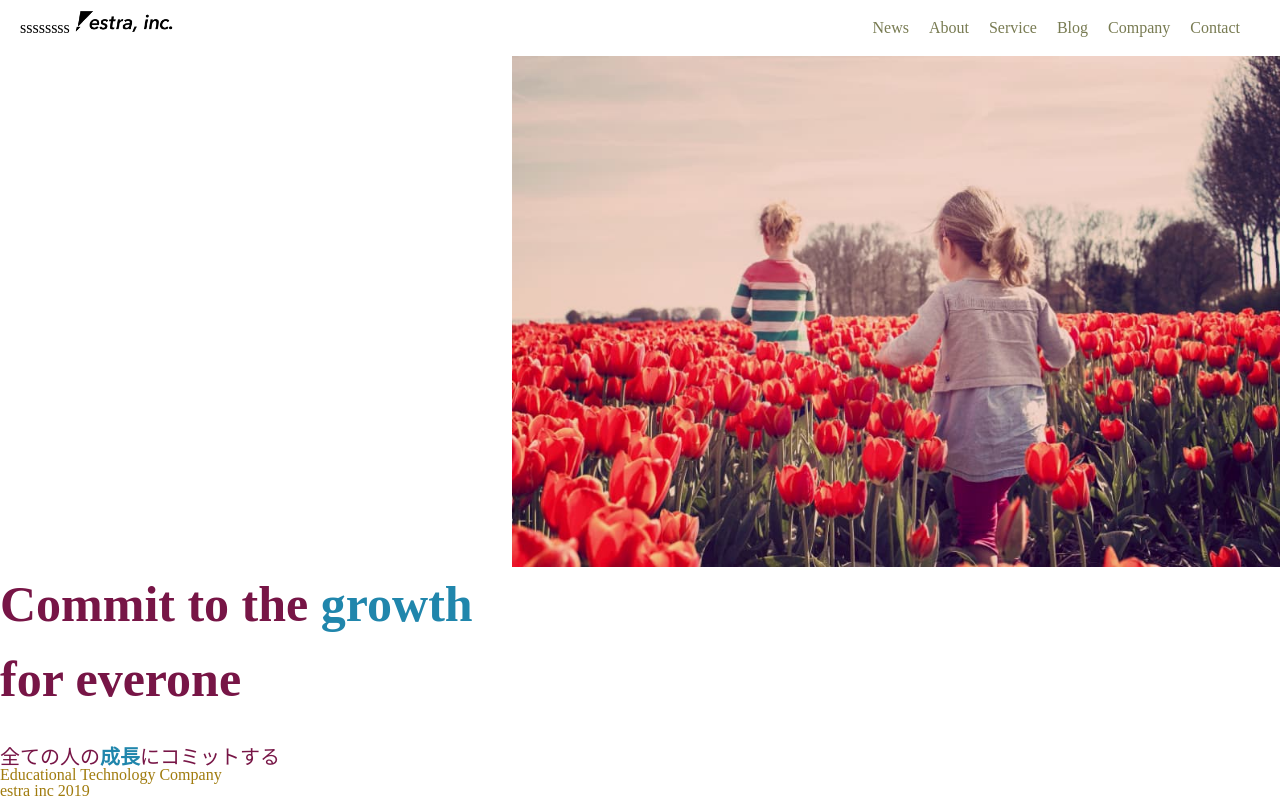
Repository: masanarimiura/20220504miura
Page: index.html
The author's editor kept a copy of each file at every save. The page is drawn from the files as they stood at one save, then again after a run of saves.
The browser window is 1280 px wide. The pictures show the whole page.
Some web fonts or font styles are not loaded; a fallback is used.

Above is the page before, as saved 2022-05-04 18:31:51.

### index.html
<!DOCTYPE html>
<html lang="ja">

<head>
  <meta charset="UTF-8">
  <meta http-equiv="X-UA-Compatible" content="IE=edge">
  <meta name="viewport" content="width=device-width, initial-scale=1.0">
  <title>20220504miura</title>
  <link rel="stylesheet" href="css/reset.css">
  <link rel="stylesheet" href="css/style.css">
  <link rel="preconnect" href="https://fonts.googleapis.com">
  <link rel="preconnect" href="https://fonts.gstatic.com" crossorigin>
  <link href="https://fonts.googleapis.com/css2?family=Gochi+Hand&display=swap" rel="stylesheet">
</head>
<header class="header">
  <div class="header-inner">
    <div class="header-logo">
      <a href="">ssssssss
        <img src="img/estra_logo.png" alt="">
      </a>
    </div>
    <nav class="header-nav">
      <ul class="header-nav-list">
        <li class="header-nav-item"><a href="" class="header-nav-link">
            News
          </a></li>
        <li class="header-nav-item"><a href="" class="header-nav-link">
            About
          </a></li>
        <li class="header-nav-item"><a href="" class="header-nav-link">
            Service
          </a></li>
        <li class="header-nav-item"><a href="" class="header-nav-link">
            Blog
          </a></li>
        <li class="header-nav-item"><a href="" class="header-nav-link">
            Company
          </a></li>
        <li class="header-nav-item"><a href="" class="header-nav-link">
            Contact
          </a></li>
      </ul>
    </nav>
  </div>
</header>
<div class="firstview">
  <img src="img/firstview.jpg" alt="">
  <h2 class="firstview-ttl">
    Commit to the <span class="firstview-text-emphasis">growth</span> <br>for everone
  </h2>
  <div class="firstview">
    <p class="firstview-text">
      全ての人の<span class="firstview-text-emphasis">成長</span>にコミットする
    </p>
    <p class="firstview-en">
      Educational Technology Company <br>estra inc 2019
    </p>
  </div>
</div>

<body>

</body>

</html>

### css/style.css
a {
  text-decoration: none;
  color: inherit;
}
.header {
  width: 100%;
}
.header-inner {
  display: flex;
  justify-content: space-between;
  margin: 10px 20px;
}
.header img {
  width: 100px;
}
.header-nav {
  margin: 10px 20px;
}
.header-nav-list {
  display: flex;
  justify-content: center;
}
.header-nav-item {
  color: rgb(120, 123, 82);
}
.header-nav-item:not(:last-child) {
  padding-right: 20px;
}
.firstview {
  width: 100%;
  position: relative;
}
.firstview img {
  width: 60%;
  margin: 0 0 0 auto;
  display: block;
}
.firstview-ttl {
  color: rgb(119, 21, 70);
  font-size: 50px;
  font-family: "Gochi Hand", cursive;
  line-height: 1.5;
}
.firstview-text {
  color: rgb(119, 21, 70);
  font-size: 20px;
  margin-top: 30px;
}
.firstview-en {
  color: rgb(160, 123, 13);
  lh1.
}
.firstview-text-emphasis {
  color: rgb(32, 134, 172);
  font-weight: bold;
}

Loaded but not shown: css/reset.css (common file)

After the next 2 saves:
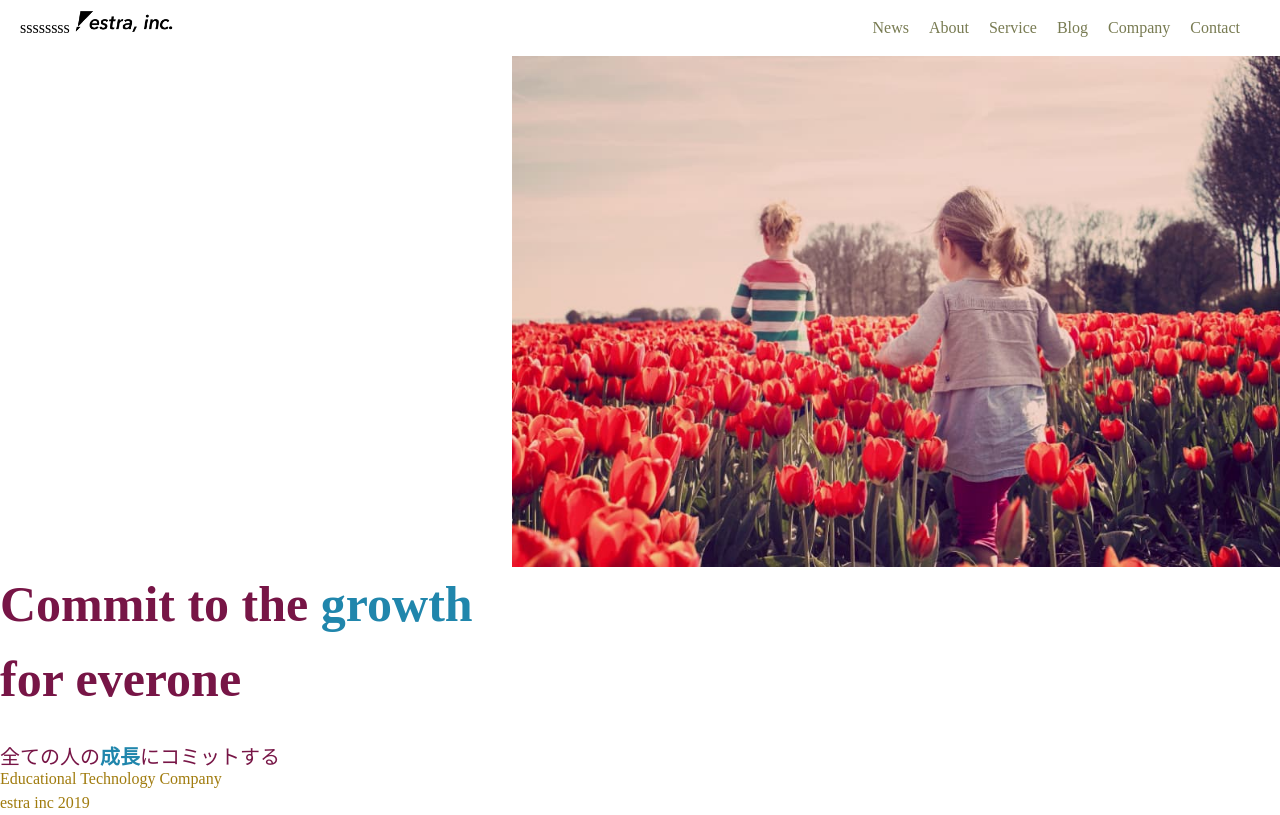
The 2 saves are shown as one change because they came seconds apart.
The last was saved 6 s later.
--- a/css/style.css
+++ b/css/style.css
@@ -48,7 +48,7 @@ a {
 }
 .firstview-en {
   color: rgb(160, 123, 13);
-  lh1.
+  line-height: 1.5;
 }
 .firstview-text-emphasis {
   color: rgb(32, 134, 172);
